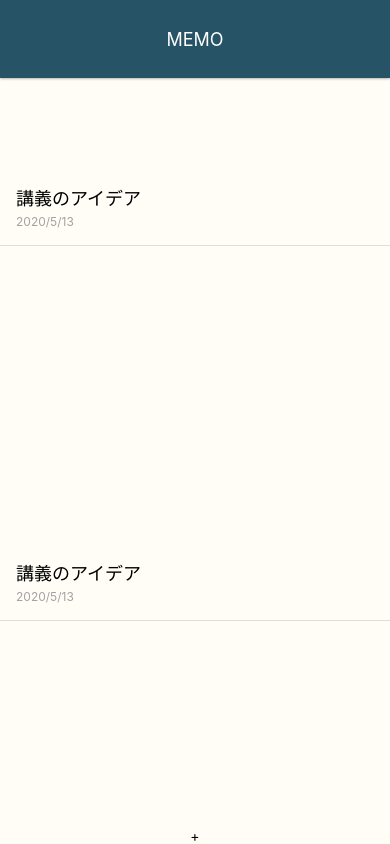
Repository: NagataRyuji0630/memo_app_for_reactNative
Page: /
The author's editor kept a copy of each file at every save. The page is drawn from the files as they stood at one save, then again after the next save.
The browser window is 390 px wide. The pictures show the whole page.
The app was drawn by React Native's web renderer in a window 390 px wide. The project was rebuilt for these pictures with package versions that can differ from the ones it lists, and the page was loaded fresh each time.

Above is the page before, as saved 2020-05-14 08:02:28.

After the next save:
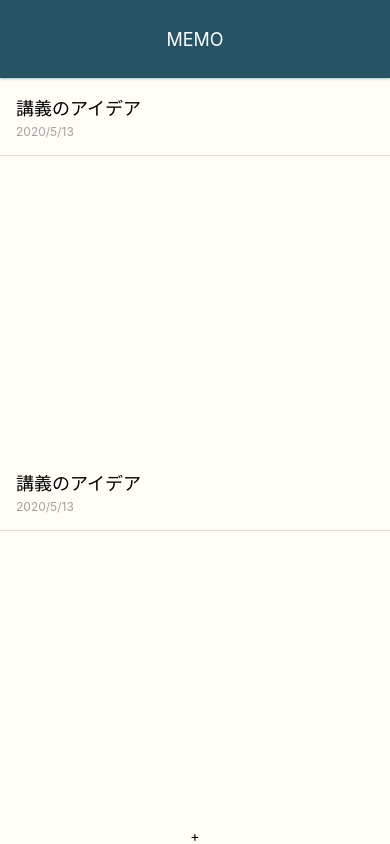
Saved 12 s later.
--- a/App.js
+++ b/App.js
@@ -44,7 +44,6 @@ const styles = StyleSheet.create({
   memoList: {
     width: '100%',
     flex: 1,
-    paddingTop: 90,
   },
   memoListItem: {
     padding: 16,
